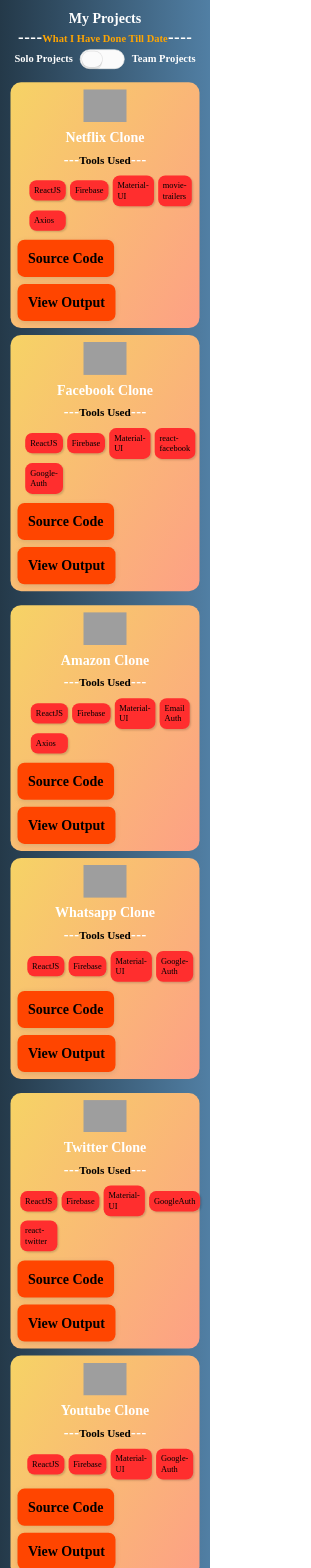
Repository: rgnSayan/my-portfolio-react
Page: /
The author's editor kept a copy of each file at every save. The page is drawn from the files as they stood at one save, then again after the next save.
The browser window is 375 px wide. The page is 444 px wide, so the pictures cover 444 px, including what lies to the right of the window. The pictures show the part of the page from y = 832 to 3072 px (the page is 5281 px tall), at 70% of full size.
Pictures or frames that could not be fetched are drawn as grey boxes. Some web fonts or font styles are not loaded; a fallback is used. The project was rebuilt for these pictures with package versions that can differ from the ones it lists, and the page was loaded fresh each time. Also part of the build but not shown: src/Components/GroupProjects.css, src/Components/GroupProjects.js. Imported but missing from the stored project, and not drawn on this page: src/document/document.pdf.

Above is the page before, as saved 2021-09-17 02:01:17.

### src/App.js
import React from 'react'
import Sidebar from './Components/Sidebar'
import Home from './Components/Home'
import './App.css';

function App() {
  return (
    <div className="app">
      <Sidebar />
      <Home />
    </div>
  );
}

export default App;

### src/Components/Sidebar.js
import React from 'react'
import FacebookIcon from '@material-ui/icons/Facebook';
import TwitterIcon from '@material-ui/icons/Twitter';
import InstagramIcon from '@material-ui/icons/Instagram';
import LinkedInIcon from '@material-ui/icons/LinkedIn';
import GitHubIcon from '@material-ui/icons/GitHub';
import MenuIcon from '@material-ui/icons/Menu';
import './Sidebar.css'

function Sidebar() {
    return (
        <div className="sidebar">
            <div className="menu__icon">
                <MenuIcon />
            </div>
            <div className="sidebar__photo">
                <img src="https://scontent.fdbd2-1.fna.fbcdn.net/v/t1.6435-9/50722839_1972004216426448_5408939378581962752_n.jpg?_nc_cat=109&ccb=1-5&_nc_sid=174925&_nc_ohc=hJIp246pz9oAX-RyI-j&_nc_ht=scontent.fdbd2-1.fna&oh=cc929815b4dcd171b51b8dd32e2a6384&oe=61610B0F" alt="" />
                <h2>Sayan Mondal</h2>
                <div className="social__media">
                    <a href="https://www.facebook.com/sayan28072000" target="_blank" rel="noreferrer"><FacebookIcon style={{ color: "#4267B2" }} /></a>
                    <a href="https://www.instagram.com/sayan_ronnie/" target="_blank" rel="noreferrer"><InstagramIcon
                        style={{ color: "#cd486b" }} /></a>
                    <a href="https://twitter.com/SAYANMO83622224/" target="_blank" rel="noreferrer"><TwitterIcon
                        style={{ color: "#1DA1F2" }} /></a>
                    <a href="https://www.linkedin.com/in/sayan-mondal-9145731ba/" target="_blank" rel="noreferrer">< LinkedInIcon style={{ color: "#0077b5" }} /></a>
                    <a href="https://github.com/rgnSayan" target="_blank" rel="noreferrer"><GitHubIcon
                        style={{ color: "#4078c0" }} /></a>
                </div>
            </div>

            <div className="sidebar__option">
                <a href="#home"><span>🏠 Home</span></a>
                <a href="#skills"><span>💻 My Skills</span></a>
                <a href="#projects"><span> 📁 My Projects</span></a>
                <a href="#certificates"><span> 📜 Certificates</span></a>
                <a href="#experiences"><span>💼 Experience</span></a>
                <a href="#contact"><span>📞 Contact Me</span></a>
            </div>
        </div>
    )
}

export default Sidebar

### src/Components/Home.js
import React from 'react'
import HomePage from './HomePage'
import './Home.css'
import Projects from './Projects'
import Skills from './Skills'
import Certificates from './Certificates'
import Experience from './Experience'
import Contact from './Contact'

function Home() {
    return (
        <div className="home">
            <HomePage />
            <Skills />
            <Projects />
            <Certificates />
            <Experience />
            <Contact />
        </div>
    )
}

export default Home

### src/App.css
* {
  margin: 0;
}
.app {
  display: flex;
}

::-webkit-scrollbar {
  width: 15px;
}

::-webkit-scrollbar-track {
  box-shadow: inset 0 0 5px #000;
  border-radius: 10px;
  background-color: black;
}

::-webkit-scrollbar-thumb {
  background: orange;
  border-radius: 10px;
}

### src/Components/Sidebar.css
@import url("https://fonts.googleapis.com/css2?family=Redressed&display=swap");
.sidebar {
  display: flex;
  flex-direction: column;
  flex: 0.2;
  background-color: #272829;
  height: 100vh;
  box-shadow: rgba(0, 0, 0, 0.15) 1.95px 1.95px 2.6px;
  position: sticky;
  z-index: 1;
  top: 0;
  left: 0;
}

.sidebar__photo > img {
  height: 120px;
  width: 120px;
  border-radius: 50%;
  border: 7px solid yellow;
}

.sidebar__photo {
  display: flex;
  align-items: center;
  justify-content: center;
  flex-direction: column;
  margin-top: 10px;
}

.sidebar__photo > h2 {
  font-family: Redressed;
  font-size: 30px;
  padding-top: 10px;
  color: #fff;
}

.sidebar__option {
  display: flex;
  flex-direction: column;
  margin-top: 10px;
  margin-left: 20px;
  line-height: 2.1;
}
.sidebar__option a {
  text-decoration: none;
}

.sidebar__option a > span {
  font-size: 25px;
  font-family: "Redressed", cursive;
  text-align: start;
  font-weight: 500;
  color: #fff;
  /* text-decoration: none; */
}

.sidebar__option a > span:hover {
  cursor: pointer;
  font-weight: 700;
  transition: all 0.5s ease-in-out;
  color: orange;
}

.social__media a > .MuiSvgIcon-root {
  color: black;
  background-color: orange;
  border-radius: 50%;
  padding: 7px;
  margin-right: 5px;
  margin-top: 5px;
  cursor: pointer;
  animation: spin 10s linear infinite;
  animation-play-state: paused;
}
.social__media a > .MuiSvgIcon-root:hover {
  animation-play-state: running;
}
@keyframes spin {
  100% {
    transform: rotate(1turn);
  }
}
.menu__icon > .MuiSvgIcon-root {
  display: none;
}

@media screen and (max-width: 450px) {
  .menu__icon > .MuiSvgIcon-root {
    display: flex;
    color: orange;
    font-size: 2em;
    margin: 0.5em;
  }
  .sidebar {
    display: none;
  }
}

### src/Components/HomePage.js
import React from 'react'
import PersonIcon from '@material-ui/icons/Person';
import './HomePage.css'

function HomePage() {
    return (
        <div className="homePage" id="home">
            <div className="homePage__details">
                <h3>Hi THERE ! </h3>
                <h1> I'M <span>Sayan Mondal</span></h1>
                <p>I'm a Front End Engineer from Durgapur, West Bengal☀️.<br /> I describe myself as a passionate developer who loves coding, open source, and the web platform 💻.I am Currently Pursuing BTech From KIIT University.Bhubaneswar 🎓.</p>
            </div>
            <div className="about__me">
                <label>About Me</label>
                <PersonIcon />
            </div>
        </div>
    )
}

export default HomePage

### src/Components/Home.css
.home {
  display: flex;
  flex: 0.8;
  flex-direction: column;
  background-image: linear-gradient(to right, #243949 0%, #517fa4 100%);
  width: 80vw;
  height: 100%;
  padding-bottom: 30px;
}

@media screen and (min-width: 450px) {
  .home {
    width: 100vw;
  }
}

### src/Components/Projects.js
import React, { useState } from 'react'
import SoloProjects from './SoloProjects'
import GroupProjects from './GroupProjects'
import './Projects.css'

function Projects() {
    const [soloProjectSelected, setSoloProjectSelected] = useState(true);
    return (
        <div className="project__container" id="projects">
            <div className="projects">
                <h1>My Projects</h1>
                <h3>----<span>What I Have Done Till Date</span>----</h3>
            </div>
            <div className="project__cards">
                <div className="projects__toggleSwitch">
                    <h4>Solo Projects</h4>
                    <input
                        class="tgl tgl-ios"
                        id="cb2"
                        type="checkbox"
                        onChange={(e) => setSoloProjectSelected(!soloProjectSelected)}
                    />
                    <label class="tgl-btn" for="cb2"></label>
                    <h4>Team Projects</h4>
                </div>
                <div className="projects__content">
                    {soloProjectSelected ? <SoloProjects /> : <GroupProjects />}
                </div>
            </div>
        </div>
    )
}

export default Projects

### src/Components/Skills.js
import React from 'react'
import './Skills.css'

function Skills() {
    return (
        <div className="skills" id="skills">
            <div className="skills__header">
                <h1>My Skills</h1>
                <h3>---<span>Things I Know</span>---</h3>
            </div>
            <div className="skills__content">
                <img src="https://cdn.pixabay.com/photo/2017/08/05/11/16/logo-2582748_640.png" alt="" />
                <img src="https://cdn.freelogovectors.net/wp-content/uploads/2020/04/css-3-logo.png" alt="" />
                <img src="https://i0.wp.com/asthaandsidharth.com/wp-content/uploads/2016/03/js-logo.png?fit=500%2C500&ssl=1" alt="" />
                <img src="https://upload.wikimedia.org/wikipedia/commons/thumb/a/a7/React-icon.svg/1280px-React-icon.svg.png" alt="" />

            </div>
            <div className="skills__content">
                <img src="https://upload.wikimedia.org/wikipedia/commons/thumb/1/18/C_Programming_Language.svg/1200px-C_Programming_Language.svg.png" alt="" />
                <img src="https://upload.wikimedia.org/wikipedia/commons/thumb/1/18/ISO_C%2B%2B_Logo.svg/1200px-ISO_C%2B%2B_Logo.svg.png" alt="" />
                <img src="https://upload.wikimedia.org/wikipedia/commons/thumb/c/c3/Python-logo-notext.svg/1200px-Python-logo-notext.svg.png" alt="" />
                <img src="https://i.pinimg.com/originals/41/95/cf/4195cf989fac0128a89669f40a1e3496.png" alt="" />
                <img src="https://material-ui.com/static/logo.png" alt="" />
            </div>
            <div className="skills__content">
                <img src="https://www.freepnglogos.com/uploads/logo-mysql-png/logo-mysql-mysql-logo-png-images-are-download-crazypng-21.png" alt="" />
                <img src="https://github.githubassets.com/images/modules/logos_page/GitHub-Mark.png" alt="" />
                <img src="https://cdn.dribbble.com/users/528264/screenshots/3140440/firebase_logo.png" alt="" />
                <img src="https://about.gitlab.com/images/press/logo/png/gitlab-logo-gray-stacked-rgb.png" alt="" />
                <img src="https://www.kindpng.com/picc/m/188-1882559_python-flask-hd-png-download.png" alt="" />
            </div>
        </div>
    )
}

export default Skills

### src/Components/Certificates.js
import React from 'react'
import './Certificates.css'
import javascript from '../images/javaScript.png'
import juspay from '../images/Juspay.png'
import ps from '../images/ProblemSolving.png'
import react from '../images/React.png'
import sql from '../images/SQL.png'
import pv from '../images/PV.jpg'

function Certificates() {
    return (
        <div className="certificates" id="certificates" >
            <div className="certificates__header">
                <h1>My Certificates</h1>
                <h4>---<span>Achievements</span>---</h4>
            </div>
            <div className="certificates__container">
                <img src={pv} alt="###" />
                <img src={juspay} alt="###" />
            </div>
            <div className="certificates__container">
                <img src={ps} alt="###" />
                <img src={react} alt="###" />
            </div>
            <div className="certificates__container container3">
                <img src={sql} alt="###" />
                <img src={javascript} alt="###" />
            </div>
        </div>
    )
}

export default Certificates

### src/Components/Experience.js
import React from 'react'
import document from '../document/document.pdf'
import './Experience.css'

function Experience() {
    return (
        <div className="experience" id="experiences">
            <div className="experience__header">
                <h1>Experience</h1>
                <h4>---<span>My Adventure</span>---</h4>
            </div>

            <div className="experience__content">

                <div className="experience__container">
                    <div className="container__id">
                        <p>1</p>
                    </div>
                    <div className="container__header">
                        <h2>Prime Vogue</h2>
                        <h4>5th July 2021 - 10 Sep 2021</h4>
                        <h3> Front End Developer </h3>
                    </div>
                    <div className="container__body">
                        <p>During the period, I handled Designing & Development of the website as a web developer. I worked on various frameworks including ReactJS, Redux, Material-UI, Firebase.</p>
                    </div>
                    <div className="container__skills">
                        <p>HTML</p>
                        <p>CSS</p>
                        <p>JavaScript</p>
                        <p>ReactJS</p>
                        <p>Firebase</p>
                        <p>Redux</p>
                    </div>
                    <div className="container__button">
                        <a href={document} target="_blank" rel="noreferrer">
                            <button>View Docs</button>
                        </a>
                    </div>
                </div>

                <div className="experience__container">
                    <div className="container__id">
                        <p>2</p>
                    </div>
                    <div className="container__header">
                        <h2>Oye Beauty</h2>
                        <h4>6th August 2021 - Present</h4>
                        <h3> Front End Developer </h3>
                    </div>
                    <div className="container__body">
                        <p>During the period, I am handling Designing & Development of the website as a web developer. I worked on various frameworks including ReactJS, Redux ,Firebase,Github.</p>
                    </div>
                    <div className="container__skills">
                        <p>HTML</p>
                        <p>CSS</p>
                        <p>JavaScript</p>
                        <p>ReactJS</p>
                    </div>
                    <div className="container__skills">
                        <p>Firebase</p>
                        <p>Redux</p>
                        <p>Axios</p>
                    </div>
                </div>
            </div>
        </div>
    )
}

export default Experience

### src/Components/Contact.js
import React from 'react'
import PhoneIcon from '@material-ui/icons/Phone';
import MailIcon from '@material-ui/icons/Mail';
import RoomIcon from '@material-ui/icons/Room';
import './Contact.css'

function Contact() {
    return (
        <div className="contact" id="contact">

            <div className="contact__header">
                <h1>Contact</h1>
                <h4>---<span>How To Reach Me</span>---</h4>
            </div>

            <div className="contact__container">
                <div className="contact__phone">
                    <PhoneIcon style={{ color: "4285F4" }} />
                    <h3>+91 8967697371</h3>
                </div>
                <div className="contact__location">
                    <a href="https://www.google.com/maps/@23.5673375,87.2730191,16z" target="_blank" rel="noreferrer">
                        <RoomIcon style={{ color: 'FF0000' }} />
                    </a>
                    <h3>Durgapur, West Bengal</h3>
                </div>
                <div className="contact__mail">
                    <a href="mailto:1805603@kiit.ac.in" target="_blank" rel="noreferrer">
                        <MailIcon style={{ color: "EA4335" }} />
                    </a>
                    <h3>1805603@kiit.ac.in</h3>
                </div>
            </div>

        </div >
    )
}

export default Contact

### src/Components/HomePage.css
.homePage__details > h3 {
  color: #fff;
  font-family: Redressed;
  font-size: 35px;
  margin-top: 100px;
  margin-left: 23%;
}

.homePage__details > h1 {
  color: #fff;
  font-family: Redressed;
  font-size: 80px;
  padding-top: 15px;
  text-align: center;
}
.homePage__details > h1 > span {
  color: orange;
}
.homePage__details > p {
  color: white;
  font-family: Redressed;
  text-align: start;
  font-size: 25px;
  margin: 2% 24%;
}
.about__me {
  display: flex;
  align-items: center;
  justify-content: center;
  background-color: orange;
  padding: 10px;
  width: 110px;
  margin-left: 24%;
  border-radius: 15px;
  margin-bottom: 13%;
}

.about__me > label {
  color: white;
  font-size: 20px;
  font-family: Redressed;
  padding-right: 10px;
  text-transform: capitalize;
  color: black;
}

.about__me > .MuiSvgIcon-root {
  color: black;
}

@media screen and (max-width: 450px) {
  .homePage__details > h3 {
    font-size: 30px;
    margin-left: 2%;
  }
  .homePage__details > h1 {
    font-size: 40px;
    padding-bottom: 10%;
  }
  .homePage__details > p {
    text-align: center;
    font-size: 20px;
    margin: 0% 2%;
    line-height: 1.8;
    padding-bottom: 10%;
  }
  .homePage__details {
    margin-top: -30%;
  }
  .about__me {
    margin-bottom: 15%;
    margin-left: 28%;
  }
}

### src/Components/Projects.css
.projects > h1 {
  color: #fff;
  font-size: 30px;
  font-family: Redressed;
  text-align: center;
  margin-top: 10px;
}
.projects > h3 {
  color: #fff;
  text-align: center;
  padding-top: 5px;
}
.projects > h3 > span {
  color: orange;
  font-family: Redressed;
  font-size: 30px;
}
.tgl {
  display: none;
}

.tgl,
.tgl:after,
.tgl:before,
.tgl *,
.tgl *:after,
.tgl *:before,
.tgl + .tgl-btn {
  box-sizing: border-box;
}

.tgl::-moz-selection,
.tgl:after::-moz-selection,
.tgl:before::-moz-selection,
.tgl *::-moz-selection,
.tgl *:after::-moz-selection,
.tgl *:before::-moz-selection,
.tgl + .tgl-btn::-moz-selection {
  background: none;
}

.tgl::selection,
.tgl:after::selection,
.tgl:before::selection,
.tgl *::selection,
.tgl *:after::selection,
.tgl *:before::selection,
.tgl + .tgl-btn::selection {
  background: none;
}

.tgl + .tgl-btn {
  outline: 0;
  display: block;
  width: 4em;
  height: 1.75em;
  position: relative;
  cursor: pointer;
  -webkit-user-select: none;
  -moz-user-select: none;
  -ms-user-select: none;
  user-select: none;
}

.tgl + .tgl-btn:after,
.tgl + .tgl-btn:before {
  position: relative;
  display: block;
  content: "";
  width: 50%;
  height: 100%;
}

.tgl + .tgl-btn:after {
  left: 0;
}

.tgl + .tgl-btn:before {
  display: none;
}

.tgl:checked + .tgl-btn:after {
  left: 50%;
}

.tgl-ios + .tgl-btn {
  background: #fbfbfb;
  border-radius: 2em;
  padding: 2px;
  transition: all 0.4s ease;
  border: 1px solid #e8eae9;
}

.tgl-ios + .tgl-btn:after {
  border-radius: 2em;
  background: #fbfbfb;
  transition: left 0.3s cubic-bezier(0.175, 0.885, 0.32, 1.275),
    padding 0.3s ease, margin 0.3s ease;
  box-shadow: 0 0 0 1px rgba(0, 0, 0, 0.1), 0 4px 0 rgba(0, 0, 0, 0.08);
}

.tgl-ios + .tgl-btn:hover:after {
  will-change: padding;
}

.tgl-ios + .tgl-btn:active {
  box-shadow: inset 0 0 0 2em #e8eae9;
}

.tgl-ios + .tgl-btn:active:after {
  padding-right: 0.8em;
}

.tgl-ios:checked + .tgl-btn {
  background: orange;
}

.tgl-ios:checked + .tgl-btn:active {
  box-shadow: none;
}

.tgl-ios:checked + .tgl-btn:active:after {
  margin-left: -0.8em;
}
.projects__toggleSwitch > h4 {
  color: #fff;
  font-size: 20px;
  text-align: center;
  font-family: Redressed;
  padding: 10px;
}
.projects__toggleSwitch {
  display: flex;
  align-items: center;
  justify-content: center;
}

@media screen and (max-width: 450px) {
  .projects > h1 {
    font-size: 20px;
  }
  .projects > h3 > span {
    font-size: 15px;
  }
  .projects__toggleSwitch > h4 {
    font-size: 15px;
  }
}

### src/Components/Skills.css
.skills {
  padding-bottom: 7%;
}

.skills__header > h1 {
  color: #fff;
  font-family: Redressed;
  text-align: center;
}
.skills__header > h3 {
  color: #fff;
  font-family: Redressed;
  text-align: center;
}
.skills__header > h3 > span {
  color: orange;
}
.skills__content > img {
  height: 105px;
  width: auto;
  padding: 20px;
  cursor: pointer;
  transition: transform 0.2s;
}

.skills__content {
  display: flex;
  align-items: center;
  justify-content: space-evenly;
}
.skills__content > img:hover {
  transform: scale(1.5);
}

@media screen and (max-width: 450px) {
  .skills__content > img {
    height: 40px;
    padding: 10px 5px;
  }
  .skills__content {
    justify-content: center;
  }
}

### src/Components/Certificates.css
.certificates__header > h1 {
  color: #fff;
  font-size: 40px;
  font-weight: bold;
  font-family: Redressed;
  text-align: center;
}
.certificates__header {
  line-height: 1.5;
}
.certificates__header > h4 {
  color: #fff;
  font-family: Redressed;
  font-size: 20px;
  text-align: center;
}
.certificates__header > h4 > span {
  color: orange;
}
.certificates__container > img {
  height: 40%;
  width: 45%;
  margin: 10px;
}
.certificates__container {
  margin: 10px;
  display: flex;
  align-items: center;
  justify-content: center;
}
.certificates__container > img:hover {
  transform: translateY(-10px);
  box-shadow: rgba(0, 0, 0, 0.35) 0px 5px 15px;
}

### src/Components/Experience.css
.experience {
  padding-top: 10px;
}

.experience__header > h1 {
  color: #fff;
  text-align: center;
  font-family: Redressed;
  font-size: 40px;
  font-weight: bold;
}
.experience__header > h4 {
  color: #fff;
  text-align: center;
  font-family: Redressed;
  font-size: 20px;
}
.experience__header > h4 > span {
  color: orange;
}

.container__id > p {
  color: #fff;
  font-size: 40px;
  border-radius: 50%;
  padding: 10px 25px;
  background-color: #6c757d;
  font-family: Redressed;
}

.container__id {
  display: flex;
  align-items: center;
  justify-content: center;
}

.experience__content {
  display: flex;
  margin-top: 2%;
}

.experience__container {
  margin: 15px;
  width: 45%;
  padding: 15px;
  background-image: linear-gradient(120deg, #f6d365 0%, #fda085 100%);
  border-radius: 20px;
}

.container__header > h2 {
  text-align: center;
  font-family: Redressed;
  font-size: 30px;
}
.container__header > h4 {
  text-align: center;
  font-family: Redressed;
  font-size: 15px;
}

.container__header > h3 {
  text-align: center;
  font-family: Redressed;
  font-size: 25px;
  font-weight: bold;
}
.container__header {
  line-height: 1.5;
  margin-bottom: 15px;
}
.container__body {
  text-align: justify;
  font-family: Redressed;
  margin-bottom: 15px;
}

.container__skills {
  display: flex;
  align-items: center;
  justify-content: center;
}
.container__skills > p {
  color: #fff;
  font-family: Redressed;
  background-color: orangered;
  margin: 5px;
  padding: 10px;
  border-radius: 10px;
  cursor: pointer;
}

.container__button a > button {
  padding: 15px 25px;
  border-radius: 10px;
  background-color: red;
  border: none;
  color: #fff;
  font-family: Redressed;
  cursor: pointer;
}

.container__button {
  display: flex;
  align-items: center;
  justify-content: center;
  margin-top: 30px;
}

### src/Components/Contact.css
.contact__header > h1 {
  font-size: 40px;
  text-align: center;
  color: #fff;
  font-weight: bold;
  font-family: Redressed;
  padding-top: 5%;
}

.contact__header > h4 {
  font-size: 20px;
  text-align: center;
  color: #fff;
  font-family: Redressed;
}
.contact__header > h4 > span {
  color: orange;
}

.contact__header {
  margin-bottom: 2%;
}

.contact__container {
  display: flex;
  align-items: center;
  justify-content: space-evenly;
}
.contact__phone {
  display: flex;
  align-items: center;
  justify-content: center;
  flex-direction: column;
  cursor: pointer;
}

.contact__phone > .MuiSvgIcon-root {
  color: #fff;
  padding: 10px;
  background-color: #fbbc05;
  border-radius: 50%;
  margin: 10px;
}
.contact__phone > .MuiSvgIcon-root:hover {
  transform: translateY(-10px);
}

.contact__phone > h3 {
  color: #fff;
  font-family: Redressed;
}
.contact__mail {
  display: flex;
  align-items: center;
  justify-content: center;
  flex-direction: column;
  cursor: pointer;
}
.contact__mail a > .MuiSvgIcon-root {
  color: #fff;
  padding: 10px;
  background-color: #fbbc05;
  border-radius: 50%;
  margin: 10px;
  text-decoration: none;
}

.contact__mail a > .MuiSvgIcon-root:hover {
  transform: translateY(-10px);
}

.contact__mail > h3 {
  color: #fff;
  font-family: Redressed;
}
.contact__location {
  display: flex;
  align-items: center;
  justify-content: center;
  flex-direction: column;
  cursor: pointer;
}
.contact__location a > .MuiSvgIcon-root {
  color: #fff;
  padding: 10px;
  background-color: #fbbc05;
  border-radius: 50%;
  margin: 10px;
}
.contact__location a > .MuiSvgIcon-root:hover {
  transform: translateY(-10px);
}

.contact__location > h3 {
  color: #fff;
  font-family: Redressed;
}

### src/Components/SoloProjects.css
.soloProjects {
  display: flex;
  margin-top: 10px;
}

.soloProjects__card > img {
  height: 25%;
  width: 25%;
}
.soloProjects__card > img:hover {
  transform: scale(1.5);
}

.soloProjects__card > img.grow {
  transition: all 0.2s ease-in-out;
}

.soloProjects__card {
  display: flex;
  align-items: center;
  justify-content: center;
  flex-direction: column;
  margin: 5px 15px;
  background-image: linear-gradient(120deg, #f6d365 0%, #fda085 100%);
  padding: 10px;
  border-radius: 15px;
  height: 100%;
}

.soloProjects__card > h1 {
  color: #fff;
  font-size: 30px;
  font-weight: bold;
  font-family: Redressed;
  padding: 10px;
  text-align: center;
}
.soloProjects__card > ul {
  list-style: none;
  display: flex;
  align-items: center;
  justify-content: center;
  margin-top: 10px;
}
.soloProjects__card > ul > li {
  padding: 7px;
  font-size: 20px;
  font-family: Redressed;
  background-color: #ff2e2e;
  margin: 5px;
  border-radius: 10px;
  box-shadow: rgba(0, 0, 0, 0.15) 1.95px 1.95px 2.6px;
}
.soloProjects__card > ul > li:hover {
  transform: translateY(-15px);
}

.soloProjects__card > h4 {
  color: #fff;
  text-align: center;
}
.soloProjects__card > h4 > span {
  color: black;
  font-family: Redressed;
}
.soloProjects__button a > button {
  text-decoration: none;
  background-color: orangered;
  border: none;
  padding: 15px;
  border-radius: 10px;
  margin-right: 10px;
  margin-top: 10px;
  font-family: Redressed;
  font-weight: bold;
  font-size: 20px;
  box-shadow: rgba(99, 99, 99, 0.2) 0px 2px 8px 0px;
}

@media screen and (max-width: 450px) {
  .soloProjects {
    flex-direction: column;
  }
  .soloProjects__card > h1 {
    font-size: 20px;
  }
  .soloProjects__card > ul > li {
    font-size: 12px;
    margin: 3px;
  }
  .soloProjects__card > ul {
    display: grid;
    margin-right: 10%;
    grid-template-columns: auto auto auto auto;
  }
}

Loaded but not shown: public/index.html (common file); src/index.js (common file); src/index.css (common file); src/reportWebVitals.js (common file); src/Components/SoloProjects.js (184 lines, source omitted)

After the next save:
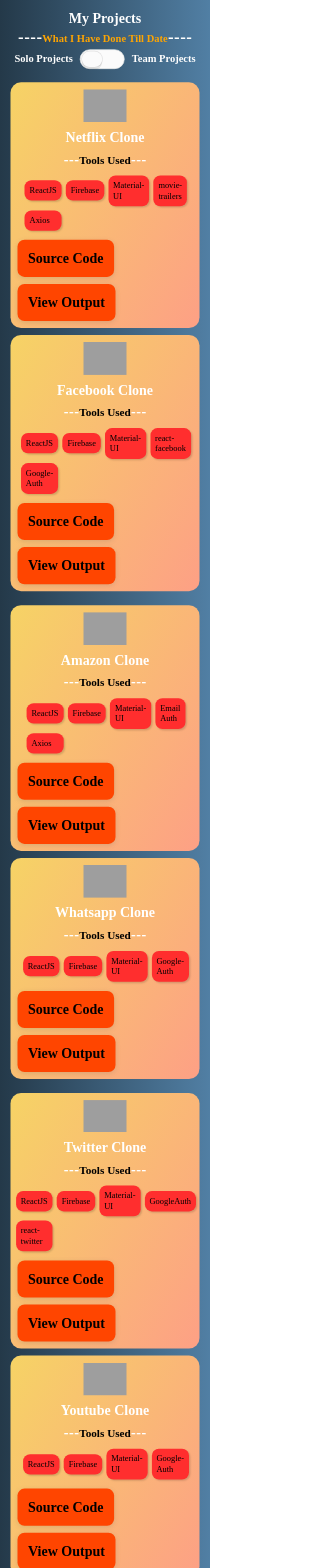
Saved 16 s later.
--- a/src/Components/SoloProjects.css
+++ b/src/Components/SoloProjects.css
@@ -90,7 +90,7 @@
   }
   .soloProjects__card > ul {
     display: grid;
-    margin-right: 10%;
+    margin-right: 15%;
     grid-template-columns: auto auto auto auto;
   }
 }
